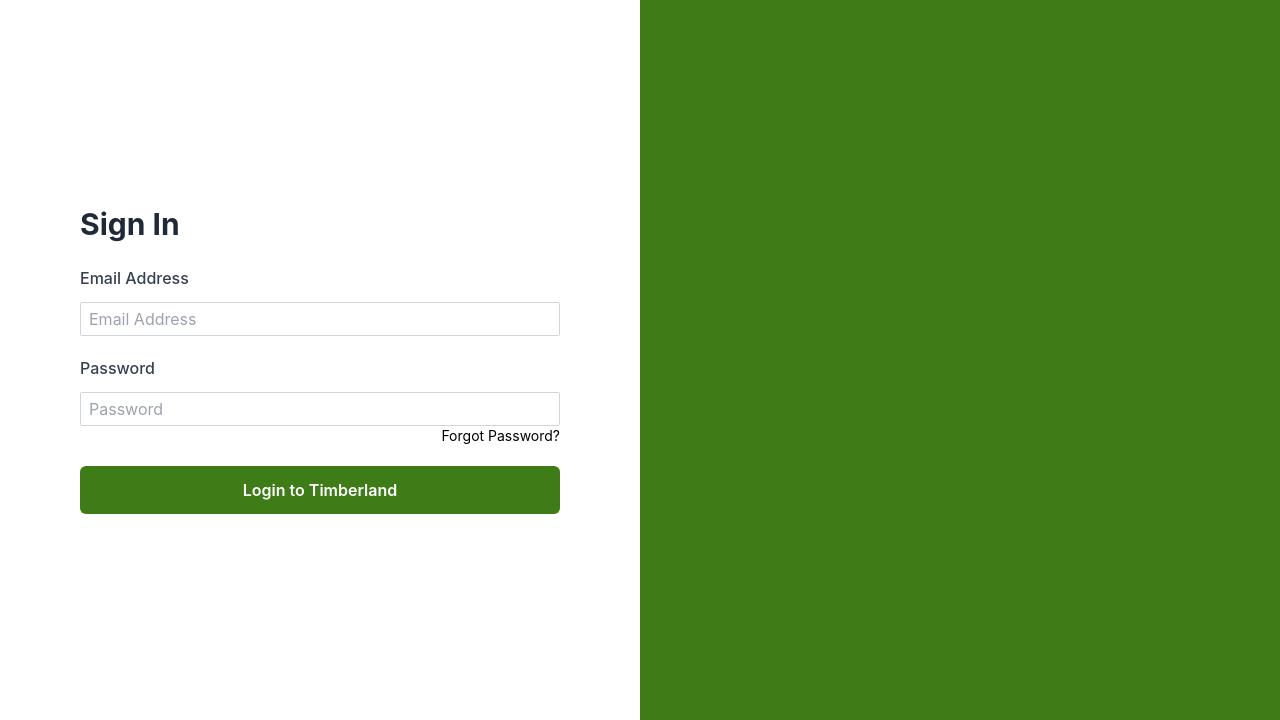
Repository: issah-gaisie/timber
Page: /
The author's editor kept a copy of each file at every save. The page is drawn from the files as they stood at one save, then again after a run of saves.
The browser window is 1280 px wide. The pictures show the whole page.
The project was rebuilt for these pictures with package versions that can differ from the ones it lists, and the page was loaded fresh each time. Also part of the build but not shown: src/App.css, src/components/Signup.js, src/components/Signup/PersonalDetails.js, src/components/Signup/AddressInfo.js, src/components/Signup/ImageFiles.js, src/components/Signup/PasswordSent.js, src/components/PasswordReset.js.

Above is the page before, as saved 2022-03-07 07:36:47.

After the next 3 saves:
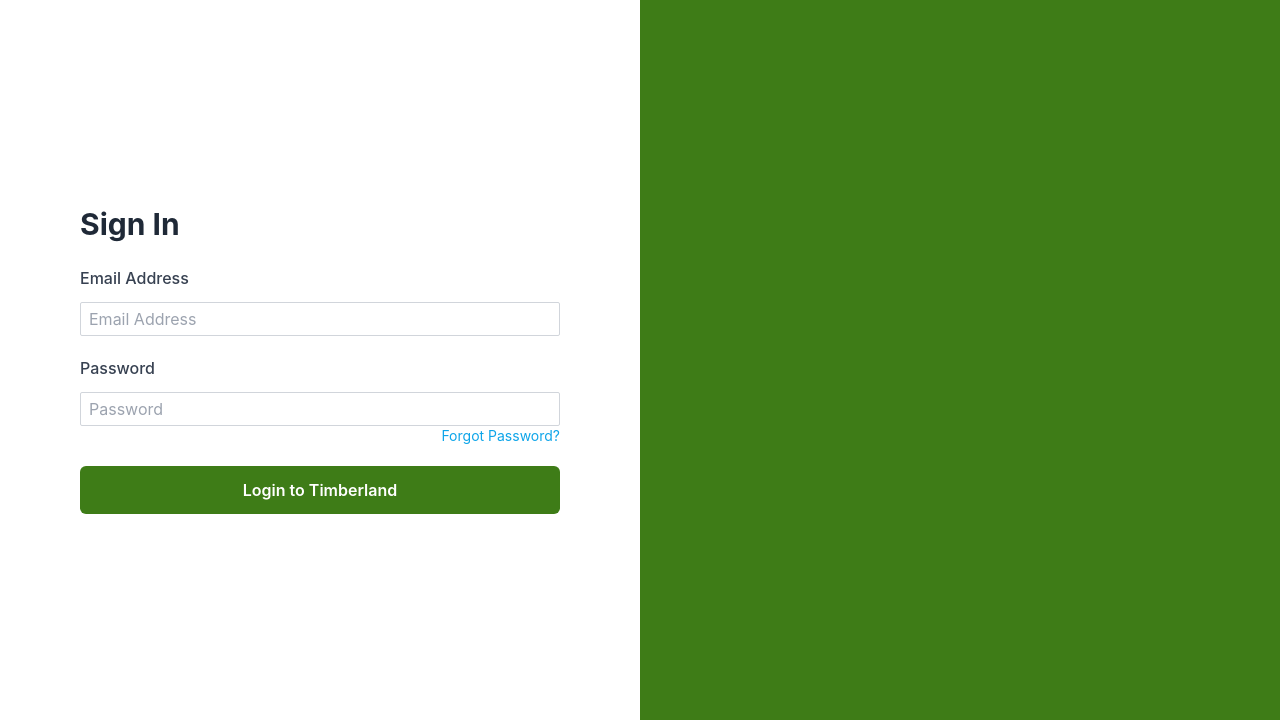
The 3 saves are shown as one change because they came seconds apart.
The last was saved 9 s later.
--- a/src/components/Login.js
+++ b/src/components/Login.js
@@ -40,7 +40,7 @@
           Password
         </span>
         <Input placeholder="Password" type="password" />
-        <Link to="password-reset" className="self-end text-sm color- ">Forgot Password?</Link>
+        <Link to="password-reset" className="self-end text-sm text-sky-500 ">Forgot Password?</Link>
       </label>
       <button
         type="submit"
